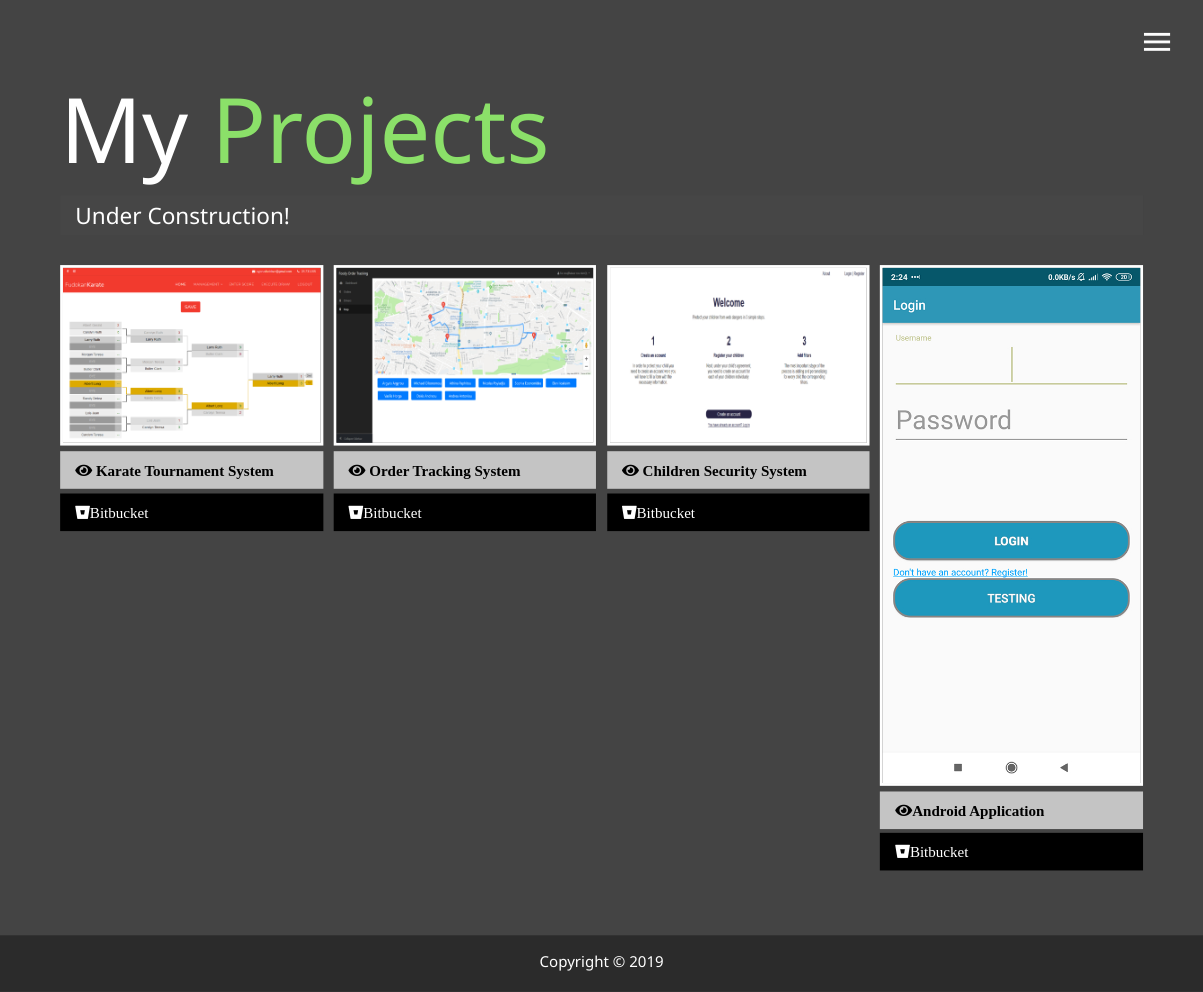
Repository: Preap/portfolio
Page: dist/work.html
The author's editor kept a copy of each file at every save. The page is drawn from the files as they stood at one save, then again after the next save.
The browser window is 1280 px wide. The pictures show the whole page, at 94% of full size.
Some web libraries are served in a nearby version.

Above is the page before, as saved 2019-06-06 02:34:48.

After the next save:
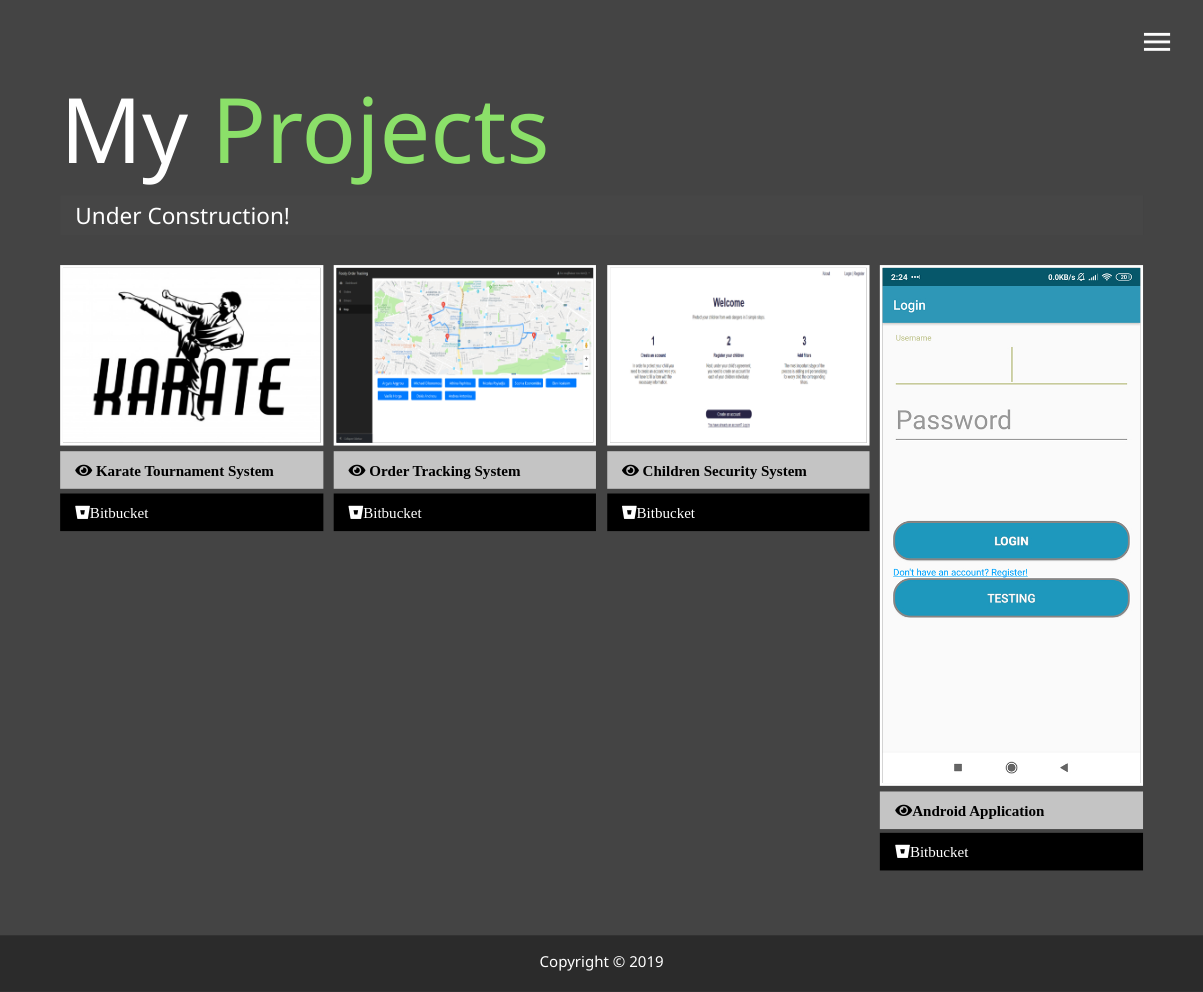
Saved 2 min 8 s later.
--- a/dist/work.html
+++ b/dist/work.html
@@ -49,7 +49,7 @@
       <div class="projects">
         <div class="item">
           <a href="./projects/karate.html">
-            <img src="./img/projects/karate/image1.png" alt="karate_image" />
+            <img src="./img/projects/karate/logo.jpg" alt="karate_image" />
           </a>
 
           <a href="#!" class="btn-light">
